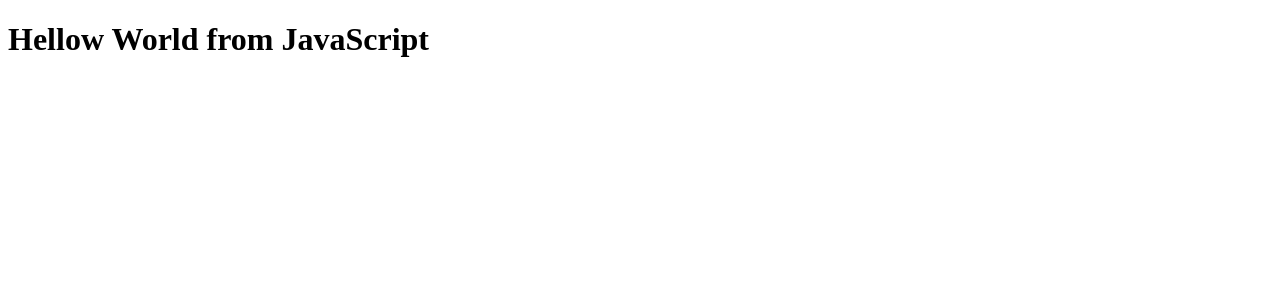
Repository: prasuv-karki/python
Page: js/index.html
The author's editor kept a copy of each file at every save. The page is drawn from the files as they stood at one save, then again after the next save.
The browser window is 1280 px wide. The pictures show the whole page.

Above is the page before, as saved 2023-01-03 16:24:54.

### js/index.html
<!DOCTYPE html>
<html lang="en">
<head>
    <meta charset="UTF-8">
    <meta http-equiv="X-UA-Compatible" content="IE=edge">
    <meta name="viewport" content="width=device-width, initial-scale=1.0">
    <title>Hello World Using JavaScript
    </title>
</head>
<body>
    <div id="result"></div>
    <script>
        //document.write("<h1>Hello World</h1>");
        //console.log("Hello Log");

        document.getElementById("result").innerHTML="<h1>Hellow World from JavaScript</h1>";

    </script>
</body>
</html>

After the next save:
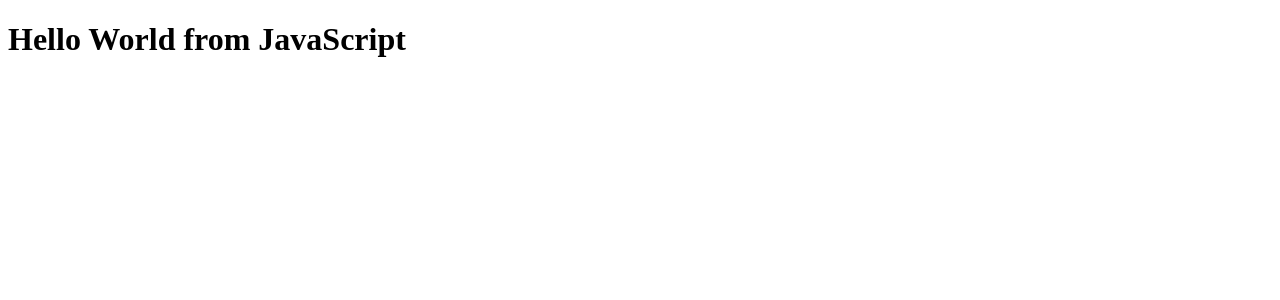
Saved 81 s later.
--- a/js/index.html
+++ b/js/index.html
@@ -13,7 +13,7 @@
         //document.write("<h1>Hello World</h1>");
         //console.log("Hello Log");
 
-        document.getElementById("result").innerHTML="<h1>Hellow World from JavaScript</h1>";
+        document.getElementById("result").innerHTML="<h1>Hello World from JavaScript</h1>";
 
     </script>
 </body>
